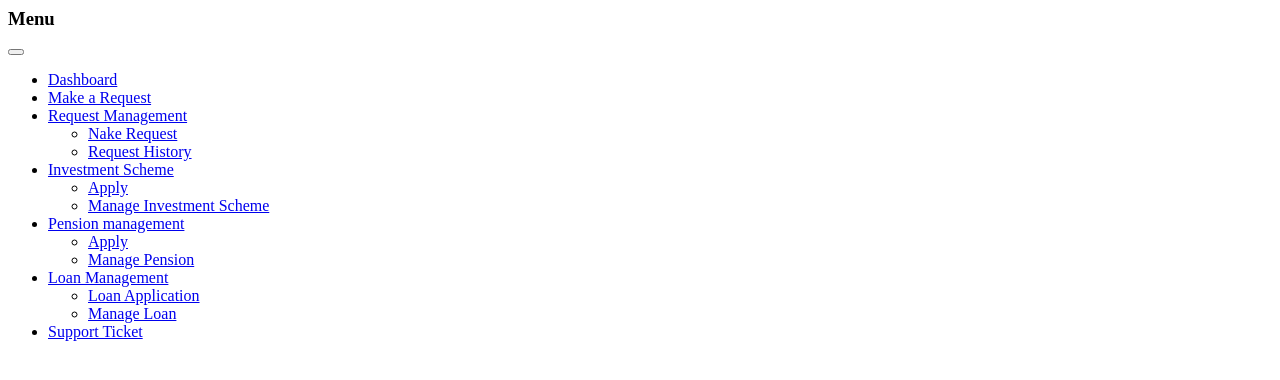
Repository: walterjnr1/crowdfunding-system
Page: http://localhost/student/sidebar.php
The author's editor kept a copy of each file at every save. The page is drawn from the files as they stood at one save, then again after a run of saves.
The browser window is 1280 px wide. The pictures show the whole page.
The page is run by PHP 8.4 with error messages shown; the project is at /var/www/html/.

Above is the page before, as saved 2025-02-28 13:04:21.

After the next 3 saves:
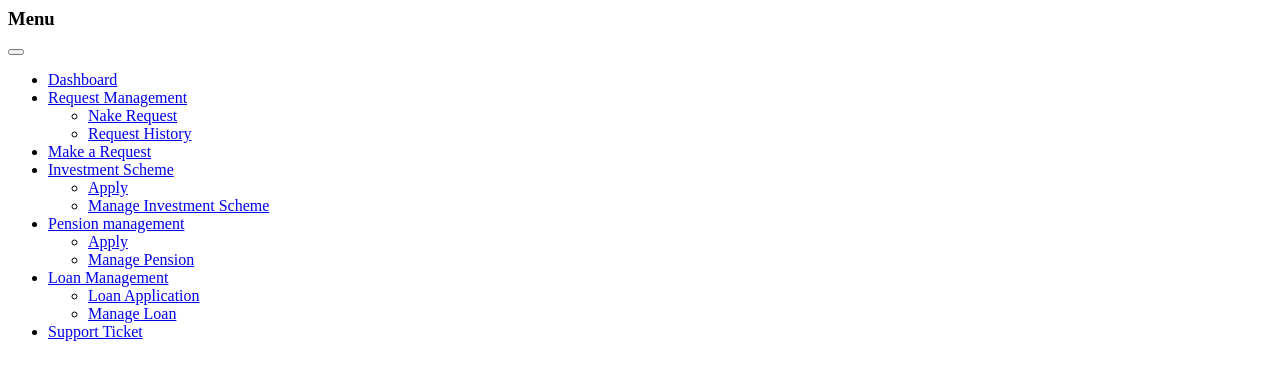
The 3 saves are shown as one change because they came seconds apart.
The last was saved 10 s later.
--- a/student/sidebar.php
+++ b/student/sidebar.php
@@ -10,8 +10,7 @@
       <ul id="respMenu" class="ace-responsive-menu" data-menu-style="horizontal">
         <li><a href="index.php"><i class="fa fa-dashboard"></i> <span>Dashboard</span></a>
             </li>
-			<li><a href="request.php"><i class="fa fa-euro"></i> <span>Make a Request</span></a>
-            </li>
+
 
 
 
@@ -22,6 +21,10 @@
 
           </ul>
         </li>
+
+        <li><a href="request.php"><i class="fa fa-euro"></i> <span>Make a Request</span></a>
+            </li>
+
 
         <li><a href="#"><i class="fa fa-dollar"></i> <span>Investment Scheme</span></a>
           <ul>
